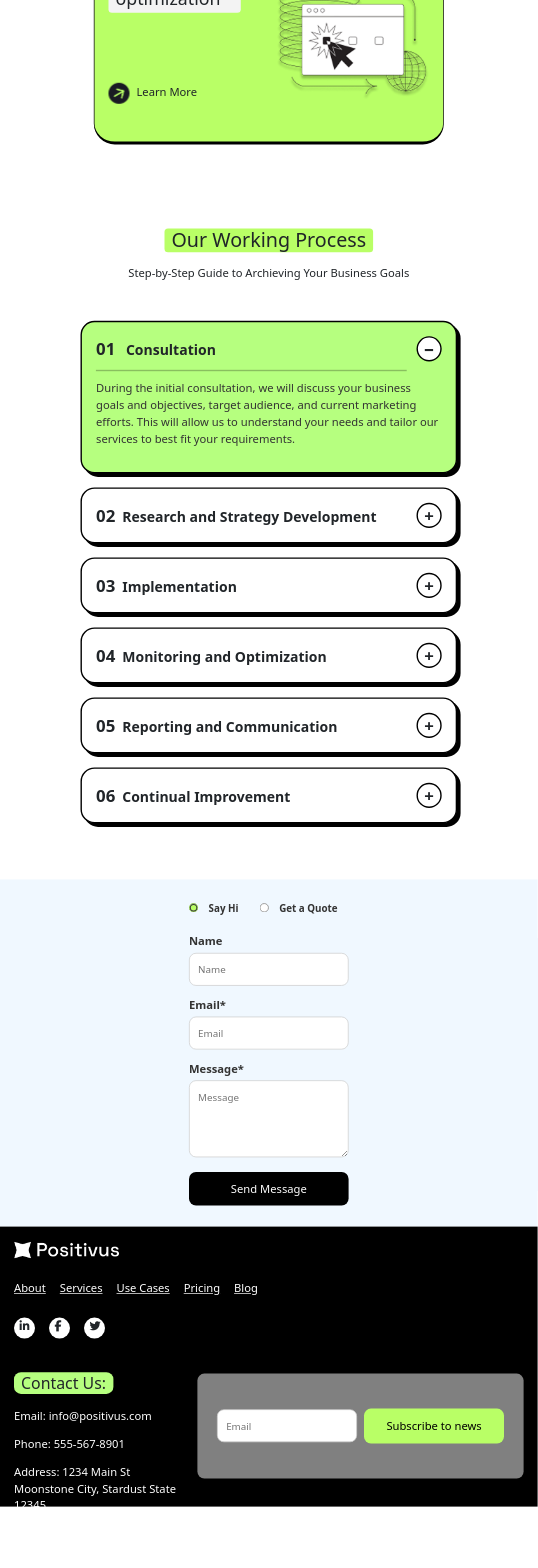
Repository: inshaabbas/CSS-Hackathon-SMIT
Page: index.html
An editor plug-in stored every save of this project. The page is shown before and after a run of saves, followed by the edit.
The browser window is 768 px wide. The pictures show the part of the page from y = 1566 to 3806 px (the page is 3806 px tall), at 70% of full size.
A picture or video elsewhere on the page could not be fetched, so the positions and the page height are approximate.

Above is the page before, as saved 2025-06-25 11:14:47.

### index.html
<!DOCTYPE html>
<html lang="en">
<head>
    <meta charset="UTF-8">
    <meta name="viewport" content="width=device-width, initial-scale=1.0">
    <title>CSS Hackathon</title>
    <!-- Bootstrap CDN -->
     <link href="https://cdn.jsdelivr.net/npm/bootstrap@5.3.7/dist/css/bootstrap.min.css" rel="stylesheet" integrity="sha384-LN+7fdVzj6u52u30Kp6M/trliBMCMKTyK833zpbD+pXdCLuTusPj697FH4R/5mcr" crossorigin="anonymous">
    <!-- Font Awesome CDN -->
     <link rel="stylesheet" href="https://cdnjs.cloudflare.com/ajax/libs/font-awesome/6.7.2/css/all.min.css" integrity="sha512-Evv84Mr4kqVGRNSgIGL/F/aIDqQb7xQ2vcrdIwxfjThSH8CSR7PBEakCr51Ck+w+/U6swU2Im1vVX0SVk9ABhg==" crossorigin="anonymous" referrerpolicy="no-referrer"/>
    <!-- External Style Sheet -->
     <link rel="stylesheet" href="./style.css">
</head>
<body>
    <!-- Header Section Starts -->
    <header class="container-xxl">
      <div class="fixed-top">
         <nav class="navbar navbar-expand-lg bg-body-tertiary">
  <div class="container-fluid">
    <a class="navbar-brand" href="#"><img src="./Assets/logo.png" alt="Logo" width="150px"></a>
    <button class="navbar-toggler" type="button" data-bs-toggle="collapse" data-bs-target="#navbarSupportedContent" aria-controls="navbarSupportedContent" aria-expanded="false" aria-label="Toggle navigation">
      <span class="navbar-toggler-icon"></span>
    </button>
    <div class="collapse navbar-collapse" id="navbarSupportedContent">
      <ul class="navbar-nav ms-auto me-3 gap-4 mb-2 mb-lg-0">
        <li class="nav-item">
          <a class="nav-link active" aria-current="page" href="#">Aboutus</a>
        </li>
        <li class="nav-item">
          <a class="nav-link active" href="#">Services</a>
        </li>
        <li class="nav-item">
          <a class="nav-link active" aria-disabled="true">User Cases</a>
        </li>
        <li class="nav-item">
          <a class="nav-link active" aria-current="page" href="#">Pricing</a>
        </li>
        <li class="nav-item">
          <a class="nav-link active" aria-current="page" href="#">Blog</a>
        </li>
      </ul>
        <button class="btn btn-outline-dark" type="submit">Request a Quote</button>
      </form>
    </div>
  </div>
</nav>
      </div>
    </header>
    <!-- Header Section Ends -->

    <!-- Hero Section Starts -->
     <section class="hero-sec container-xxl">
        <div class="hero-text">
            <h2>Navigating the digital landscape for success</h2>
            <p>Lorem ipsum dolor sit amet consectetur adipisicing elit. Nihil sapiente officia omnis rerum, vitae nesciunt ad obcaecati sint quam accusantium Lorem ipsum dolor sit amet consectetur adipisicing elit. Quaerat nobis quos soluta accusantium perspiciatis quas ducimus dicta accusamus eius, sint adipisci cum minima aliquam debitis expedita nam eos, consectetur quasi.</p>
            <button type="button" class="btn btn-dark">Book a consultation</button>
        </div>
        <div class="hero-img">
            <img src="./Assets/hero-sec-img.png" alt="Hero Section Img" width="450px" height="330px">
        </div>
     </section>
    <!-- Hero Section Ends -->

    <!-- Social Section Starts -->
     <section class="social-sec container-xxl">
       <img src="./Assets/Amazon.png" alt="Amazon">
       <img src="./Assets/Dribbble.png" alt="Dribbble">
       <img src="./Assets/Hubspot-icon-removebg-preview.png" alt="Hubspot">
       <img src="./Assets/Notion.png" alt="Notion">
       <img src="./Assets/Netflix.png" alt="Netflix" class="gray">
       <img src="./Assets/Zoom.png" alt="Zoom" class="gray">
     </section>
    <!-- Social Section Ends -->

    <!-- Service Section Starts -->
     <section class="service-sec container-xxl">
      <div class="service-head">
        <h2>Services</h2>
        <p>Lorem ipsum dolor sit amet consectetur adipisicing elit. Ad, aliquam assumenda. Perspiciatis necessitatibus ullam possimus illum consequatur dolores quasi ut.</p>
      </div>
      <div class="service-cards">
        <div class="service-card-1 hover-img">
          <div class="ser-card-1-text">
             <h3>Search engine <br> optimization</h3>
             <p><img src="./Assets/service-icon.png" alt="Service Icon" width="30px">Learn More</p>
          </div>
          <div class="ser-card-1-img">
            <img src="./Assets/Service-card-1img.png" alt="">
          </div>
        </div>
        <div class="service-card-2 hover-img">
          <div class="ser-card-2-text">
             <h3>Search engine <br> optimization</h3>
             <p><img src="./Assets/service-icon.png" alt="Service Icon" width="30px">Learn More</p>
          </div>
          <div class="ser-card-2-img">
            <img src="./Assets/Service-card-2-img.png" alt="">
          </div>
        </div>
      </div>
     </section>
    <!-- Service Section Ends -->

     <!-- Working section Starts -->
     <section class="working-section container-xxl">
      <div class="working-head">
        <h2>Our Working Process</h2>
        <p>Step-by-Step Guide to Archieving Your Business Goals</p>
      </div>
      <div class="faq-section">
  <details open>
    <summary><span><span class="number">01</span> Consultation</span> <span class="plus"></span></summary>
    <hr class="divider">
    <div class="faq-content">
      <p>During the initial consultation, we will discuss your business goals and objectives, target audience, and current marketing efforts. This will allow us to understand your needs and tailor our services to best fit your requirements.</p>
    </div>
  </details>

  <details>
    <summary><span><span class="number">02</span>Research and Strategy Development</span> <span class="plus"></span></summary>
    <hr class="divider">
    <div class="faq-content">
      We research your market and competitors to develop a custom strategy aligned with your business goals.
    </div>
  </details>

   <details>
    <summary><span><span class="number">03</span>Implementation</span> <span class="plus"></span></summary>
    <hr class="divider">
    <div class="faq-content">
      We research your market and competitors to develop a custom strategy aligned with your business goals.
    </div>
  </details>

   <details>
    <summary><span><span class="number">04</span>Monitoring and Optimization</span> <span class="plus"></span></summary>
    <hr class="divider">
    <div class="faq-content">
      We research your market and competitors to develop a custom strategy aligned with your business goals.
    </div>
  </details>

   <details>
    <summary><span><span class="number">05</span>Reporting and Communication</span> <span class="plus"></span></summary>
    <hr class="divider">
    <div class="faq-content">
      We research your market and competitors to develop a custom strategy aligned with your business goals.
    </div>
  </details>

   <details>
    <summary><span><span class="number">06</span>Continual Improvement</span> <span class="plus"></span></summary>
    <hr class="divider">
    <div class="faq-content">
      We research your market and competitors to develop a custom strategy aligned with your business goals.
    </div>
  </details>
      </div>
      </section>

    <!-- Working section Ends -->

     <!-- Contact section Starts -->
     <section class="contact-section container-xxl">
      <div class="contact-form">
        <form>
          <div class="radio-group">
            <label><input type="radio" name="purpose" checked>Say Hi</label>
            <label><input type="radio" name="purpose"> Get a Quote</label>
          </div>

          <div class="form-group">
            <label for="name">Name</label>
            <input type="text" id="name" name="name" placeholder="Name" required>
          </div>

          <div class="form-group">
            <label for="email">Email*</label>
            <input type="email" id="email" name="email" placeholder="Email" required>
          </div>

          <div class="form-group">
            <label for="message">Message*</label>
            <textarea id="message" name="message" placeholder="Message" rows="4" required></textarea>
          </div>

          <button type="submit" class="send-btn">Send Message</button>
        </form>
       </div>
      <div class="contact-image">
        <img src="./Assets/Contact-img.png" alt="Contact img" width="400px">
      </div>
     </section>

     <!-- Contact section End -->

     <!-- Footer section Starts -->

     <footer>
        <div class="top-footer">
            <div class="fot-logo">
                <img src="./Assets/Foooter-logo.png" alt="Footer logo" width="150px">
            </div>
            <div class="fot-links">
                <li><a href="#">About</a></li>
                <li><a href="#">Services</a></li>
                <li><a href="#">Use Cases</a></li>
                <li><a href="#">Pricing</a></li>
                <li><a href="#">Blog</a></li>
            </div>
            <div class="fot-icons">
                <div class="circle"><i class="fa-brands fa-linkedin-in"></i></div>
                <div class="circle"><i class="fa-brands fa-facebook-f"></i></div>
                <div class="circle"><i class="fa-brands fa-twitter"></i></div>
            </div>
        </div>

        <div class="fot-contact">
            <div class="fot-text">
                <h4>Contact Us:</h4>
                <p style="margin-top: 20px;">Email: info@positivus.com</p>
                <p>Phone: 555-567-8901</p>
                <p>Address: 1234 Main St <br> Moonstone City, Stardust State 12345</p>
            </div>
            <div class="fot-input">
                <input type="text" placeholder="Email">
                <button class="btn-sub">Subscribe to news</button>
            </div>
        </div>
        <hr>
        <div class="bot-foot">
            <p>© 2023 Positivus. All Rights Reserved.</p>
            <a href="#">Privacy Policy</a>
        </div>
     </footer>








<script src="https://cdn.jsdelivr.net/npm/@popperjs/core@2.11.8/dist/umd/popper.min.js" integrity="sha384-I7E8VVD/ismYTF4hNIPjVp/Zjvgyol6VFvRkX/vR+Vc4jQkC+hVqc2pM8ODewa9r" crossorigin="anonymous"></script>
<script src="https://cdn.jsdelivr.net/npm/bootstrap@5.3.7/dist/js/bootstrap.min.js" integrity="sha384-7qAoOXltbVP82dhxHAUje59V5r2YsVfBafyUDxEdApLPmcdhBPg1DKg1ERo0BZlK" crossorigin="anonymous"></script>
</body>
</html>

### style.css
.hover-img{
    transition: transform 0.3s ease;
}

.hover-img:hover{
    transform: scale(1.1);
}

.hero-sec{
    display: flex;
    justify-content: space-around;
    align-items: center;
    padding: 20px;
    height: 500px;
    padding-top: 80px;
}

.hero-text{
    width: 50%;
}

.hero-text h2{
    font-size: 35px;
    font-weight: bold;
}

@media screen and (max-width: 1010px) {
    .hero-img img{
        width: 350px;
        height: 300px;
    }
    .hero-sec{
        height: auto;
    }
}

@media screen and (max-width: 800px){
    .hero-sec{
        flex-direction: column;
        gap: 50px;
    }

    .hero-text{
    width: 100%;
}

.hero-img img{
    width: 300px;
    height: 250px;
}
}

/* Hero Section End */

/* Social Section Starts */
.social-sec{
    height: auto;
    display: flex;
    justify-content: center;
    align-items: center;
    gap: 40px;
    flex-wrap: wrap;
    padding: 20px;
    margin-top: 40px;
}

.social-sec img{
    width: 120px;
}

.gray{
    filter: grayscale(100%);
}

/* Social Section Ends */


/* Service Section Starts */

.service-sec{
    height: auto;
    margin-top: 40px;
    padding: 40px 10px;
}

.service-head{
    display: flex;
    margin-left: 100px;
    gap: 30px;
}

.service-head h2{
    background-color: #b9ff66;
    padding: 0px 10px;
    border-radius: 5px;
    font-size: 40px;
}

.service-head p{
    width: 600px;
}

.service-cards{
    padding-top: 40px;
    display: flex;
    justify-content: center;
    align-items: center;
    flex-wrap: wrap;
    gap: 40px;
    padding: 20px;
}

/* Card 1  */
.service-card-1{
    display: flex;
    justify-content: space-between;
    width: 500px;
    height: 280px;
    background-color: #f3f3f3;
    border-radius: 30px;
    padding: 20px;
    border-bottom: black solid 4px;
    border-top: black solid 1px;
    border-left: black solid 1px;
    border-right: black solid 1px;
}

.service-card-1 p img{
    margin-right: 10px;
}

.service-card-1 p{
    margin-top: 100px;
}

.ser-card-1-img{
    display: flex;
    justify-content: center;
    align-items: center;
}

.ser-card-1-text h3{
    background-color: #b9ff66;
    padding: 5px 10px;
    border-radius: 5px;
}

/* Card 2 */

.service-card-2{
    display: flex;
    justify-content: space-between;
    width: 500px;
    height: 280px;
    background-color: #b9ff66;
    border-radius: 30px;
    padding: 20px;
    border-bottom: black solid 4px;
    border-top: black solid 1px;
    border-left: black solid 1px;
    border-right: black solid 1px;
}

.service-card-2 p img{
    margin-right: 10px;
}

.service-card-2 p{
    margin-top: 100px;
}

.ser-card-2-img{
    display: flex;
    justify-content: center;
    align-items: center;
}

.ser-card-2-text h3{
    background-color: #f3f3f3;
    padding: 5px 10px;
    border-radius: 5px;
}

@media screen and (max-width: 865px){
    .service-head{
        flex-direction: column;
        justify-content: center;
        align-items: center;
        text-align: center;
        margin-left: 0px;
        gap: 10px;
    }

    .service-head p{
        width: 100%;
    }
}

@media screen and (max-width: 500px){
    .service-head p{
        font-size: 13px;
    }

    .service-card-2{
        height: 230px;
    }
    .ser-card-2-img img{
        width: 180px;
    }

    .ser-card-2-text h3{
        font-size: 20px;
    }

    .ser-card-2-text p{
        font-size: 13px;
    }

    .service-card-1{
        height: 230px;
    }
    .ser-card-1-img img{
        width: 180px;
    }

    .ser-card-1-text h3{
        font-size: 20px;
    }

    .ser-card-1-text p{
        font-size: 15px;
    }
}

    @media screen and (max-width: 440px){
    .service-head p{
        font-size: 10px;
    }

    .ser-card-2-img img{
        width: 120px;
    }

    .ser-card-2-text h3{
        font-size: 14px;
    }

    .ser-card-2-text p{
        font-size: 12px;
    }

    .ser-card-1-img img{
        width: 120px;
    }

    .ser-card-1-text h3{
        font-size: 14px;
    }

    .ser-card-1-text p{
        font-size: 12px;
    }
}

/* Service Section Ends*/

/* Working Section Starts */

.working-section{
    height: auto;
    margin-top: 20px;
    padding: 40px 10px;
}

.working-head{
    display: flex;
    align-items: center;
    margin-left: 100px;
    gap: 30px;
}

.working-head h2{
    background-color: #b9ff66;
    padding: 0px 10px;
    border-radius: 5px;
}

.working-head p{
    width: 100%;
    max-width: 600px;
}

.faq-section{
    display: flex;
    flex-direction: column;
    justify-content: center;
    align-items: center;
    margin-top: 40px;
    padding: 0px 10px;
}

details {
      border: 2px solid #000;
      border-radius: 20px;
      margin-bottom: 20px;
      padding: 20px;
      box-shadow: 5px 5px 0 #000;
      background-color: #fff;
      transition: all 0.3s ease;
      width: 70vw;
    }

    details[open] {
      background-color: #b6ff7f;
    }

    summary {
      list-style: none;
      cursor: pointer;
      font-weight: bold;
      font-size: 20px;
      display: flex;
      justify-content: space-between;
      align-items: center;
    }

    summary::-webkit-details-marker {
      display: none;
    }

    .number {
      font-size: 24px;
      margin-right: 10px;
    }

    .plus::after {
      content: "+";
      font-size: 24px;
      width: 36px;
      height: 36px;
      display: inline-flex;
      align-items: center;
      justify-content: center;
      border: 2px solid #000;
      border-radius: 50%;
      background: #fff;
    }

    details[open] .plus::after {
      content: "−";
    }

    .faq-content {
      margin-top: 10px;
      font-size: 16px;
      line-height: 1.5;
      color: #333;
    }

    .divider {
      display: none;
      border: none;
      border-top: 2px solid #000;
      margin: 12px 0;
    }

    details[open] .divider {
      display: block;
    }

    details[open] .faq-content {
      display: block;
    }


@media screen and (max-width: 1084px){
    .working-head{
        flex-direction: column;
        justify-content: center;
        align-items: center;
        text-align: center;
        gap: 10px;
        margin-left: 0px;
    }
}

@media screen and (max-width: 700px){
    summary span{
        font-size: 16px;
    }

    .number{
        font-size: 16px;
    }

    .plus::after{
        font-size: 20px;
        width: 25px;
        height: 25px;
    }

    details{
        width: 90vw;
    }
}

@media screen and (max-width: 420px){
    summary span{
        font-size: 13px;
    }

    .number{
        font-size: 14px;
    }
}
/* Working Section Ends */

/* Contact Section Starts */

.contact-section{
    display: flex;
    justify-content: space-between;
    height: auto;
    background-color: aliceblue;
    margin-top: 20px;
    padding: 60px 0px 40px 20px
}

.contact-form{
    width: 100%;
    margin-left: 40px;
}

.radio-group {
  display: flex;
  gap: 30px;
  margin-bottom: 20px;
  font-size: 14px;
}

.radio-group label{
  display: flex;
  align-items: center;
  gap: 15px;
  font-size: 14px;
  color: #333;
  cursor: pointer;
  /* width: 100px; */
  white-space: nowrap
}


input[type="radio"] {
  accent-color: #b9ff66;
}

.form-group {
  margin-bottom: 15px;
}

label {
  display: block;
  margin-bottom: 5px;
  font-weight: bold;
  color: #333;
}

input,
textarea {
  width: 100%;
  max-width: 500px;
  padding: 12px;
  font-size: 14px;
  border: 1px solid #ccc;
  border-radius: 10px;
  box-sizing: border-box;
}

.send-btn{
  background-color: #000;
  color: #fff;
  border: none;
  padding: 12px;
  width: 100%;
  max-width: 500px;
  border-radius: 10px;
  font-size: 16px;
  cursor: pointer;
  transition: background-color 0.3s;
}

.send-btn:hover {
  background-color: #333;
}

.contact-image {
  flex: 1;
  text-align: right;
  min-width: 300px;
  overflow-x: hidden;
}

@media screen and (max-width: 890px){
    .contact-image img {
        display: none;
    }

    .contact-section {
        flex-direction: column;
        align-items: center;
        padding: 30px 20px;
    }

    .contact-form {
        margin-left: 0;
        width: 100%;
        display: flex;
        flex-direction: column;
        align-items: center;
    }

    .form-group,
    input,
    textarea,
    .send-btn {
        width: 100%;
        max-width: 600px;
    }
}

/* Contact Section Ends*/

footer{
    height: 400px;
    background-color: #000;
    padding: 20px;
}

.top-footer{
    display: flex;
    justify-content: space-between;
}

.fot-links{
    display: flex;
    gap: 20px;
}

.fot-links li{
    list-style: none;
}

.fot-links li a{
    color: white;
    text-decoration: underline;
}

.fot-icons{
    display: flex;
    gap: 20px;
}

.fot-icons .circle{
    width: 30px;
    height: 30px;
    background-color: white;
    border-radius: 50%;
}

.fot-icons .circle i{
    margin-left: 8px;
}

.fot-contact{
    display: flex;
    justify-content: space-between;
    margin-top: 50px;
}

.fot-text h4{
    background-color: #b6ff7f;
    display: inline;
    border-radius: 10px;
    padding: 0px 10px;
}

.fot-text p{
    color: white;
}

.fot-input{
    display: flex;
    justify-content: center;
    align-items: center;
    gap: 10px;
    background-color: gray;
    width: 500px;
    height: 150px;
    border-radius: 10px;
}

.fot-input input{
    max-width: 200px;
    width: 100%;
}

.btn-sub{
    max-width: 200px;
    width: 100%;
    height: 50px;
    border-radius: 10px;
    border: none;
    background-color: #b9ff66;
}

hr{
    width: 90%;
    color: gray;
    border: 1px white solid;
    margin: 0 auto;
    margin-top: 20px;
}

.bot-foot{
    display: flex;
    gap: 20px;
}

.bot-foot p{
    color: white;
}

.bot-foot a{
    color: white;
}

@media screen and (max-width: 885px){
    .top-footer{
        flex-direction: column;
        gap: 30px;
    }
}

After the next 3 saves:
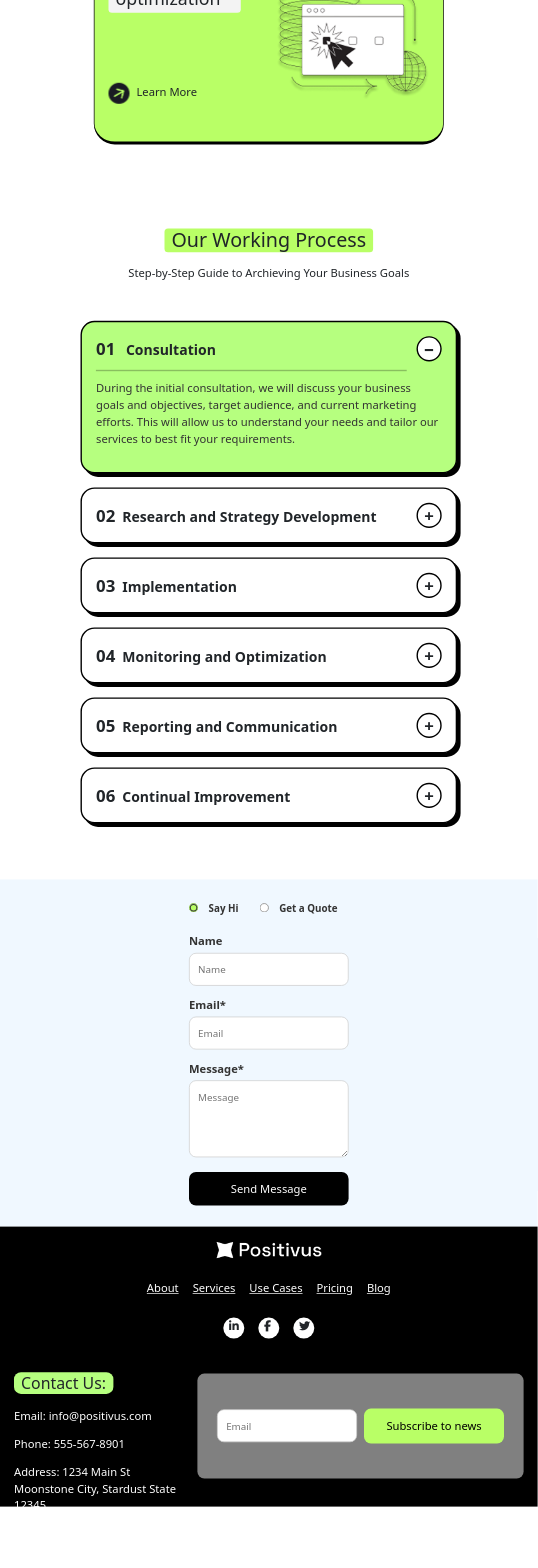
The 3 saves are shown as one change because they came seconds apart.
The last was saved 9 s later.
--- a/style.css
+++ b/style.css
@@ -638,5 +638,6 @@ hr{
     .top-footer{
         flex-direction: column;
         gap: 30px;
-    }
-}
+        align-items: center;
+    }
+}
